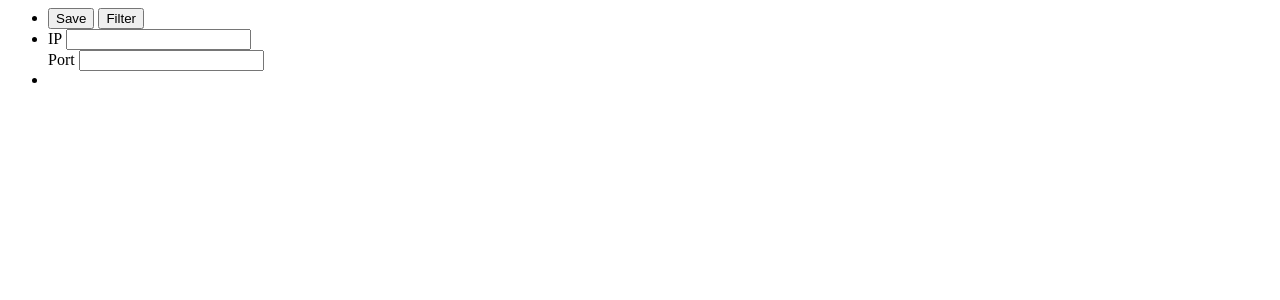
Repository: msr-consulting/exscalabar
Page: test/app/sidebar/side.html
An editor plug-in stored every save of this project. The page is shown before and after the next save, followed by the edit.
The browser window is 1280 px wide. The pictures show the whole page.

Above is the page before, as saved 2015-05-08 05:29:55.

After the next save:
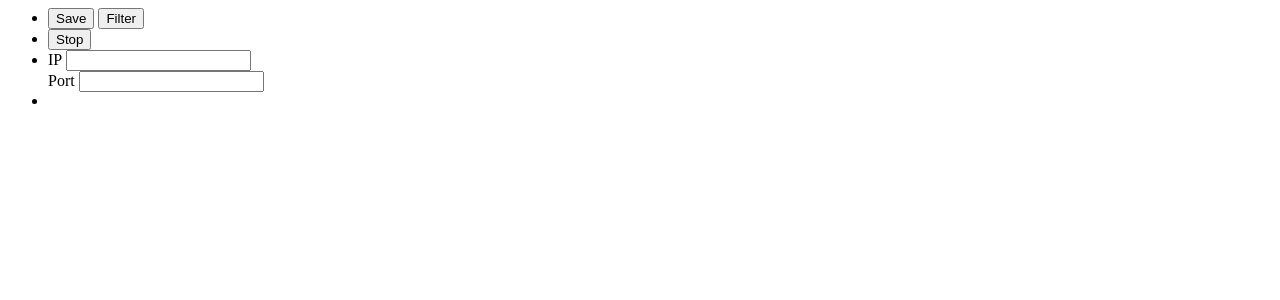
Saved 40 min 43 s later.
--- a/test/app/sidebar/side.html
+++ b/test/app/sidebar/side.html
@@ -7,6 +7,11 @@
 				</button>
 				<button class="btn btn-default">
 					Filter
+				</button>
+			</li>
+			<li class>
+				<button class="btn btn-default" type="button" ng-click = "saveData()" ng-class="{'active': save}">
+					Stop
 				</button>
 			</li>
 			<li class>
